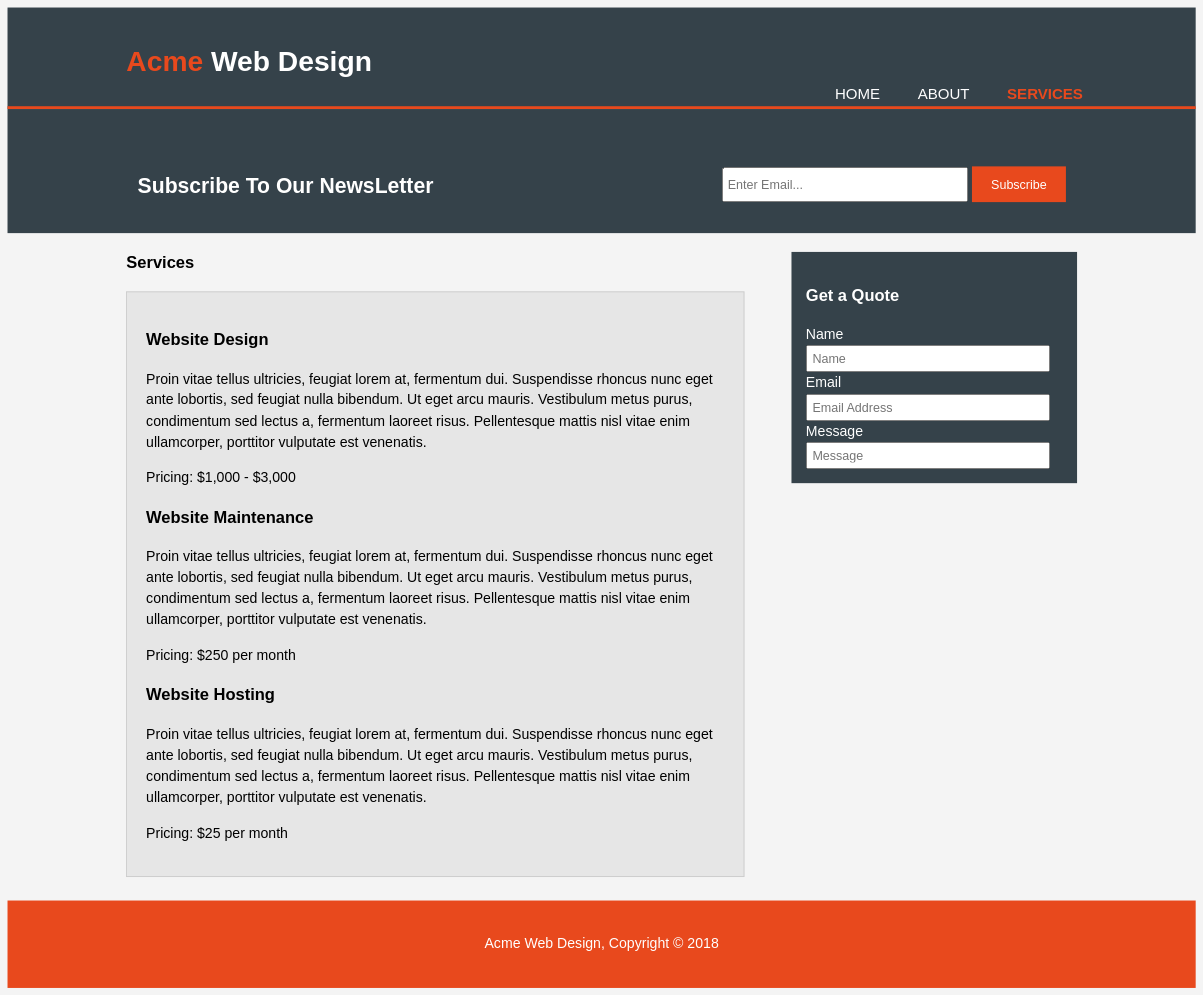
Repository: Meli9494/Proyecto-Bootstrap
Page: acme web/services.html
The author's editor kept a record of every edit. The page is drawn from the files as they stood at one moment, then again after the next edit.
The browser window is 1280 px wide. The pictures show the whole page, at 94% of full size.

Above is the page before.

After the next edit:
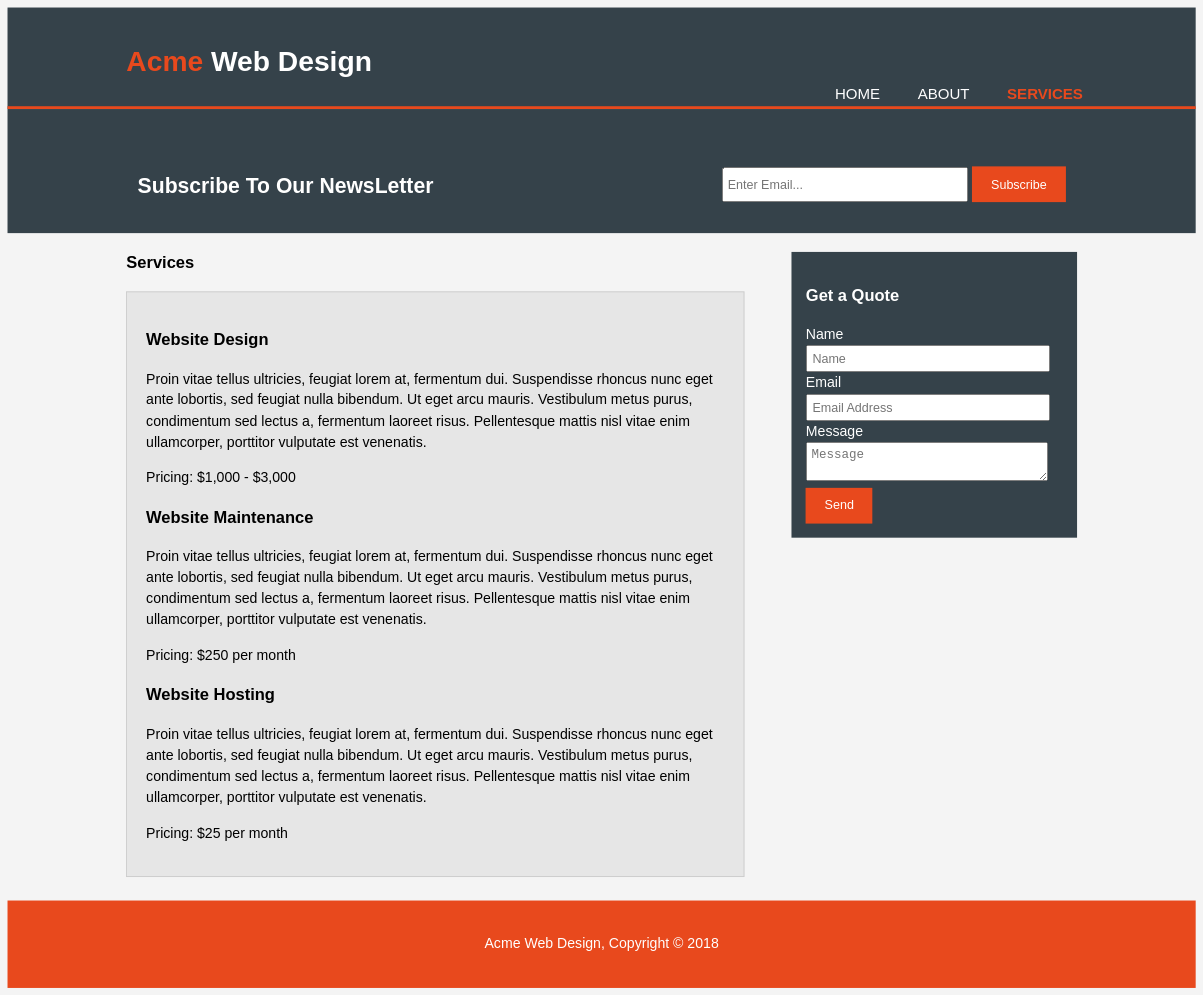
The edit:
--- a/acme web/services.html
+++ b/acme web/services.html
@@ -97,8 +97,9 @@
                             </div>
                             <div>
                                 <label>Message</label><br>
-                                <input type="text" placeholder="Message">
+                                <textarea placeholder="Message"></textarea>
                             </div>
+                            <button class="button_1" type="submit">Send</button>
                         </form>
                     </div>
                 </aside>
